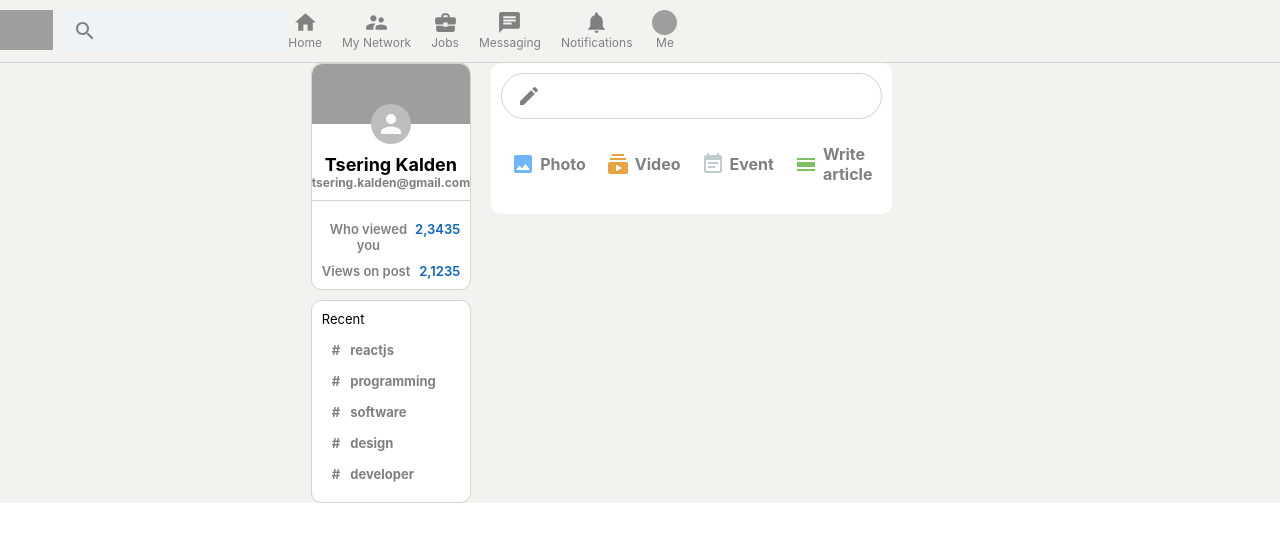
Repository: exiled-kal/linkedInreact-redux
Page: /
An editor plug-in stored every save of this project. The page is shown before and after the next save, followed by the edit.
The browser window is 1280 px wide. The pictures show the whole page.
Pictures or frames that could not be fetched are drawn as grey boxes. The project was rebuilt for these pictures with package versions that can differ from the ones it lists, and the page was loaded fresh each time.

Above is the page before, as saved 2020-12-22 21:08:55.

### src/App.js
import React from 'react';
import './App.css';
import Feed from './Feed';
import Header from './Header';
import Sidebar from './Sidebar';

function App() {
  return (
    <div className="app">
      <Header />

      {/* App Body */}
      <div className="app__body">
        <Sidebar />

        <Feed />
        {/* Widgets */}
      </div>
    </div>
  );
}
export default App;

### src/Feed.js
import React from 'react';
import './Feed.css';

import CreateIcon from '@material-ui/icons/Create';
import ImageIcon from '@material-ui/icons/Image';
import SubscriptionsIcon from '@material-ui/icons/Subscriptions';
import CalendarViewDayIcon from '@material-ui/icons/CalendarViewDay';
import EventNoteIcon from '@material-ui/icons/EventNote';

import InputOption from './InputOption';

function Feed() {
  return (
    <div className="feed">
      <div className="feed__inputContainer">
        <div className="feed__input">
          <CreateIcon />
          <form>
            <input type="text" />
            <button type="submit">Send</button>
          </form>
        </div>
        <div className="feed__inputOptions">
          <InputOption Icon={ImageIcon} title="Photo" color="#70B5F9" />
          <InputOption Icon={SubscriptionsIcon} title="Video" color="#E7A33E" />
          <InputOption Icon={EventNoteIcon} title="Event" color="#C0CBCD" />
          <InputOption
            Icon={CalendarViewDayIcon}
            title="Write article"
            color="#7FC15E"
          />
        </div>
      </div>
    </div>
  );
}

export default Feed;

### src/Header.js
import React from 'react';
import './Header.css';
import SearchIcon from '@material-ui/icons/Search';
import HomeIcon from '@material-ui/icons/Home';
import SupervisorAccountIcon from '@material-ui/icons/SupervisorAccount';
import BusinessCenterIcon from '@material-ui/icons/BusinessCenter';
import ChatIcon from '@material-ui/icons/Chat';
import NotificationsIcon from '@material-ui/icons/Notifications';

import HeaderOption from './HeaderOption';

function Header() {
  return (
    <div className="header">
      <div className="header__left">
        <img
          src="https://www.flaticon.com/svg/static/icons/svg/174/174857.svg"
          alt=""
        />
        <div className="header__search">
          <SearchIcon />
          <input type="text" />
        </div>
      </div>
      <div className="header__right">
        <HeaderOption Icon={HomeIcon} title="Home" />
        <HeaderOption Icon={SupervisorAccountIcon} title="My Network" />
        <HeaderOption Icon={BusinessCenterIcon} title="Jobs" />
        <HeaderOption Icon={ChatIcon} title="Messaging" />
        <HeaderOption Icon={NotificationsIcon} title="Notifications" />
        <HeaderOption
          avatar="https://lh3.googleusercontent.com/ogw/ADGmqu_TO5DxpJaFKNCrPcspEX6tJRZjHj48Ofzpj3c1qw=s64-c-mo"
          title="Me"
        />
      </div>
    </div>
  );
}

export default Header;

### src/Sidebar.js
import {Avatar} from '@material-ui/core';
import React from 'react';
import './Sidebar.css';

function Sidebar() {
  const recentItem = (topic) => (
    <div className="sidebar__recentItem">
      <span className="sidebar__hash">#</span>
      <p>{topic}</p>
    </div>
  );
  return (
    <div className="sidebar">
      <div className="sidebar__top">
        <img src="https://i.stack.imgur.com/FNNGP.gif" alt="" />
        <Avatar className="sidebar__avatar" />
        <h2>Tsering Kalden</h2>
        <h4>tsering.kalden@gmail.com</h4>
      </div>
      <div className="sidebar__stats">
        <div className="sidebar__stat">
          <p>Who viewed you</p>
          <p className="sidebar__statNumber">2,3435</p>
        </div>
        <div className="sidebar__stat">
          <p>Views on post</p>
          <p className="sidebar__statNumber">2,1235</p>
        </div>
      </div>
      <div className="sidebar__bottom">
        <p>Recent</p>
        {recentItem('reactjs')}
        {recentItem('programming')}
        {recentItem('software')}
        {recentItem('design')}
        {recentItem('developer')}
      </div>
    </div>
  );
}

export default Sidebar;

### src/features/counter/counterSlice.js
import { createSlice } from '@reduxjs/toolkit';

export const counterSlice = createSlice({
  name: 'counter',
  initialState: {
    value: 0,
  },
  reducers: {
    increment: state => {
      // Redux Toolkit allows us to write "mutating" logic in reducers. It
      // doesn't actually mutate the state because it uses the Immer library,
      // which detects changes to a "draft state" and produces a brand new
      // immutable state based off those changes
      state.value += 1;
    },
    decrement: state => {
      state.value -= 1;
    },
    incrementByAmount: (state, action) => {
      state.value += action.payload;
    },
  },
});

export const { increment, decrement, incrementByAmount } = counterSlice.actions;

// The function below is called a thunk and allows us to perform async logic. It
// can be dispatched like a regular action: `dispatch(incrementAsync(10))`. This
// will call the thunk with the `dispatch` function as the first argument. Async
// code can then be executed and other actions can be dispatched
export const incrementAsync = amount => dispatch => {
  setTimeout(() => {
    dispatch(incrementByAmount(amount));
  }, 1000);
};

// The function below is called a selector and allows us to select a value from
// the state. Selectors can also be defined inline where they're used instead of
// in the slice file. For example: `useSelector((state) => state.counter.value)`
export const selectCount = state => state.counter.value;

export default counterSlice.reducer;

### src/Feed.css
.feed {
  flex: 0.6;
  margin: 0 20px;
}

.feed__inputContainer {
  background-color: white;
  padding: 10px;
  padding-bottom: 20px;
  border-radius: 10px;
  margin-bottom: 20px;
}

.feed__input {
  border: 1px solid lightgray;
  border-radius: 30px;
  display: flex;
  padding: 10px;
  color: gray;
  padding-left: 15px;
}

.feed__input > form {
  display: flex;
  width: 100%;
}

.feed__input > form > input {
  border: none;
  flex: 1;
  margin-left: 10px;
  outline-width: 0;
  font-weight: 600;
}

.feed__input > form > button {
  display: none;
}

.feed__inputOptions {
  display: flex;
  justify-content: space-evenly;

}

### src/InputOption.js
import React from 'react';
import './InputOption.css';

function InputOption({title, Icon, color}) {
  return (
    <div className="inputOption">
      <Icon style={{color: color}} />
      <h4>{title}</h4>
    </div>
  );
}

export default InputOption;

### src/Header.css
.header {
  position: sticky;
  top: 0;
  z-index: 999;
  display: flex;
  background-colorwhite

  justify-content: space-evenly;
  border-bottom: 0.1px solid lightgray;
  padding-top: 10px;
  padding-bottom: 10px;
  width: 100%;
}

.header__left {
  display: flex;
}

.header__left > img {
  object-fit: contain;
  height: 40px;
  margin-right: 10px;
}

.header__search {
  padding: 10px;
  display: flex;
  align-items: center;
  border-radius: 5px;
  height: 22px;
  color: gray;
  background-color: #eef3f8;
}

.header__search > input {
  outline: none;
  border: none;
  background: none;
}

.header__right {
  display: flex;
}

### src/HeaderOption.js
import { Avatar } from '@material-ui/core';
import React from 'react';
import './HeaderOption.css';

function HeaderOption({avatar, title, Icon}) {
  return (
    <div className="headerOption">
      {Icon && <Icon className="headerOption__icon" />}
      {avatar && <Avatar className="headerOption__icon" src={avatar} />}
      <h3 className="headerOption__title">{title}</h3>
    </div>
  );
}

export default HeaderOption;

### src/Sidebar.css
.sidebar {
  position: sticky;
  top: 80px;
  flex: 0.2;
  border-radius: 10px;
  text-align: center;
  height: fit-content;
}

.sidebar__avatar {
  margin-bottom: 10px;
}

.sidebar__top > h4 {
  color: gray;
  font-size: 12px;
}

.sidebar__top > h2 {
  font-size: 18px;
}

.sidebar__top {
  display: flex;
  flex-direction: column;
  align-items: center;
  border: 1px solid lightgray;
  border-bottom: 0;
  border-top-left-radius: 10px;
  border-top-right-radius: 10px;
  background-color: white;
  padding-bottom: 10px;
}

.sidebar__top > img {
  margin-bottom: -20px;
  width: 100%;
  height: 60px;
  border-top-left-radius: 10px;
  border-top-right-radius: 10px;
  object-fit: cover;
}

.sidebar__stats {
  padding: 10px;
  margin-bottom: 10px;
  border: 1px solid lightgray;
  background-color: white;
  border-bottom-left-radius: 10px;
  border-bottom-right-radius: 10px;
}
.sidebar__stat {
  margin-top: 10px;
  display: flex;
  justify-content: space-between;
}

.sidebar__stat > p {
  color: gray;
  font-size: 13px;
  font-weight: 600;
}

.sidebar__statNumber {
  font-weight: bold;
  color: #0a66c2 !important;
}

.sidebar__bottom {
  text-align: left;
  padding: 10px;
  border: 1px solid lightgray;
  background-color: white;
  border-radius: 10px;
  margin-top: 10px;
}

.sidebar__bottom > p {
  font-size: 13px;
  padding-bottom: 10px;
}

.sidebar__recentItem {
  display: flex;
  font-size: 13px;
  color: gray;
  font-weight: bolder;
  cursor: pointer;
  margin-bottom: 5px;
  padding: 5px;
}

.sidebar__recentItem:hover {
  background-color: whitesmoke;
  border-radius: 10px;
  cursor: pointer;
  color: black;
}

.sidebar__hash {
  margin-right: 10px;
  margin-left: 5px;
}

Loaded but not shown: public/index.html (common file); src/index.js (common file); src/index.css (common file); src/app/store.js (common file); src/serviceWorker.js (common file); src/App.css (common file); src/InputOption.css (common file); src/HeaderOption.css (common file)

After the next save:
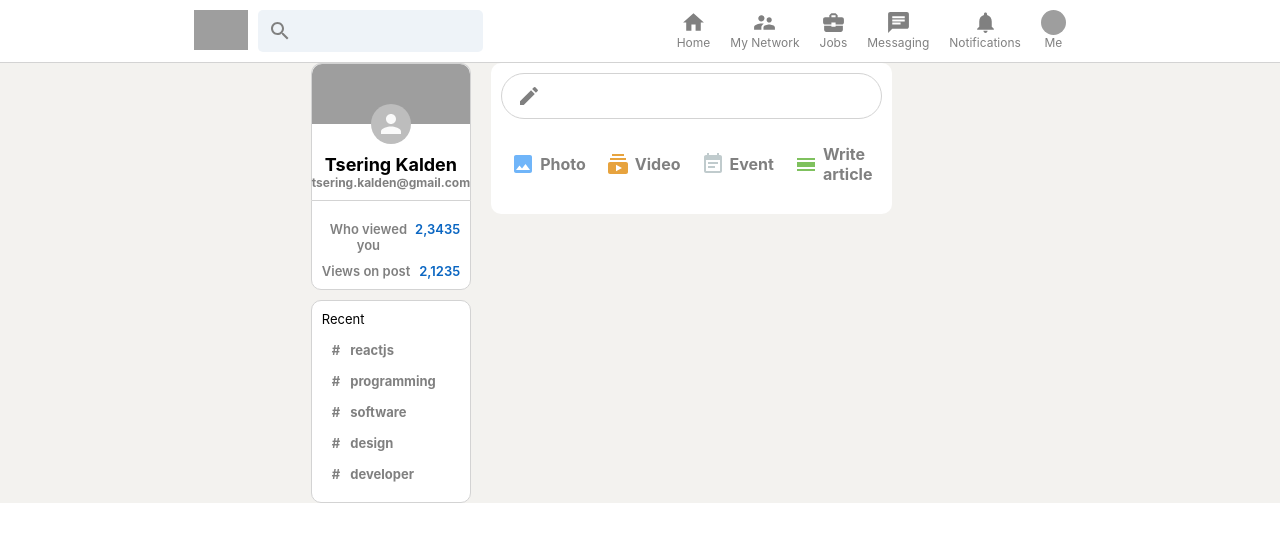
Saved 5 s later.
--- a/src/Header.css
+++ b/src/Header.css
@@ -3,8 +3,7 @@
   top: 0;
   z-index: 999;
   display: flex;
-  background-colorwhite
-
+  background-color: white;
   justify-content: space-evenly;
   border-bottom: 0.1px solid lightgray;
   padding-top: 10px;
